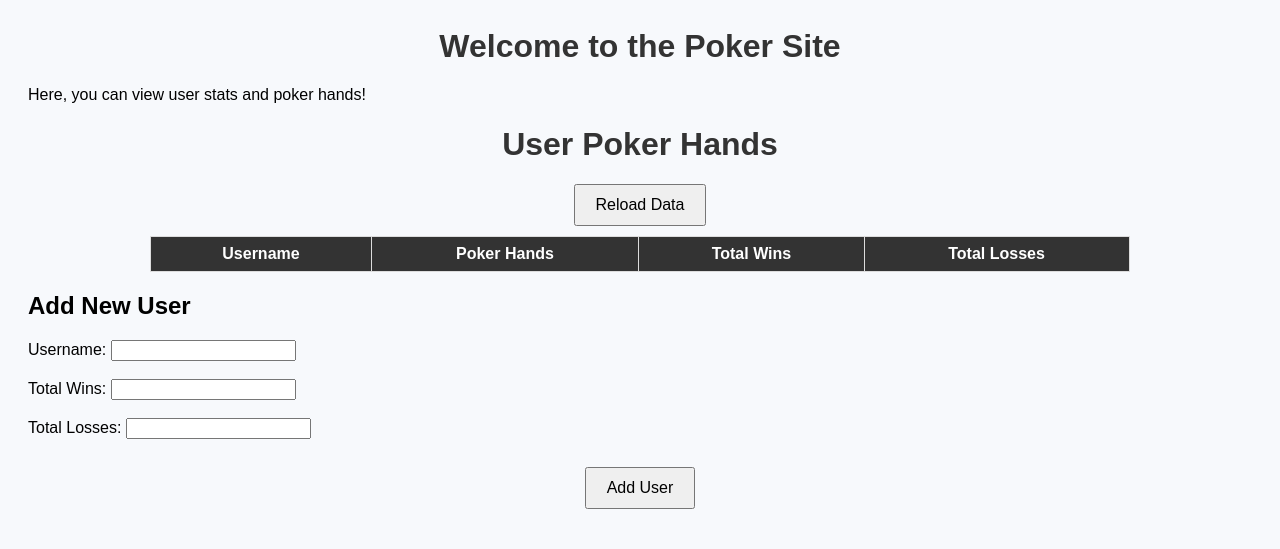
Repository: KidBillionaire/newapp
Page: public/index.html
These files come from the project's save history. The page is drawn as it stood at one moment and after a run of saves; the edit follows.
The browser window is 1280 px wide. The pictures show the whole page.

Above is the page before, as saved 2024-10-10 15:59:30.

After the next 2 saves:
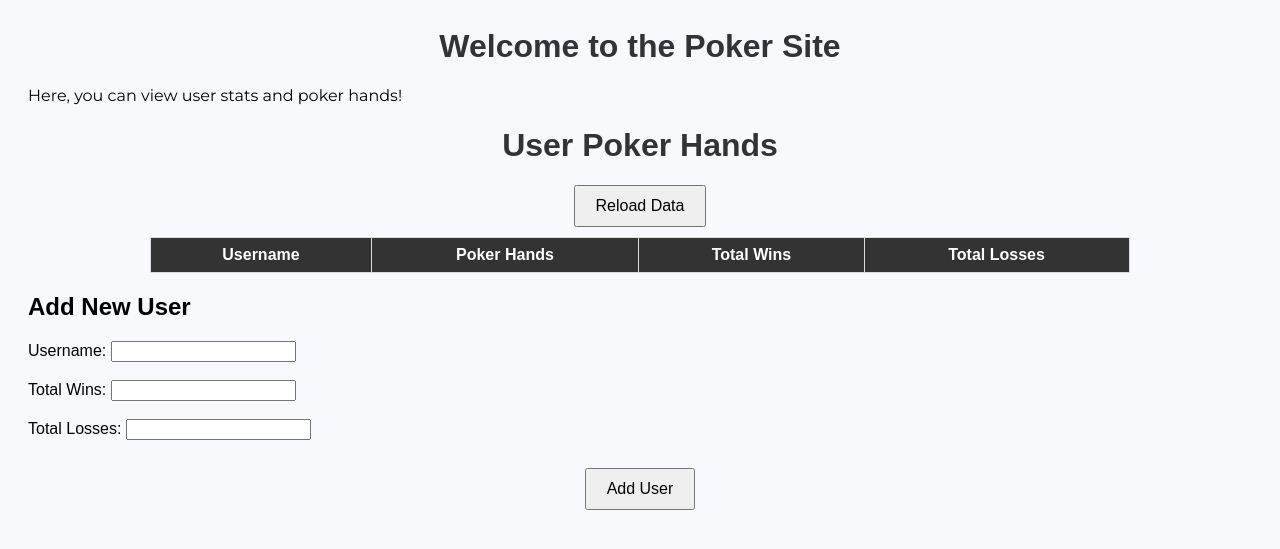
The 2 saves are shown as one change because they came seconds apart.
The last was saved 12 s later.
--- a/public/styles.css
+++ b/public/styles.css
@@ -35,10 +35,12 @@
   }
   // <uniquifier>: Use a unique and descriptive class name
 // <weight>: Use a value from 100 to 900
+.montserrat-title {
+    font-family: 'Montserrat', sans-serif;
+    font-weight: 700;
+  }
 
-.montserrat-<uniquifier> {
-  font-family: "Montserrat", sans-serif;
-  font-optical-sizing: auto;
-  font-weight: <weight>;
-  font-style: normal;
-}
+  .montserrat-body {
+    font-family: 'Montserrat', sans-serif;
+    font-weight: 400;
+  }

After the 2 saves that followed:
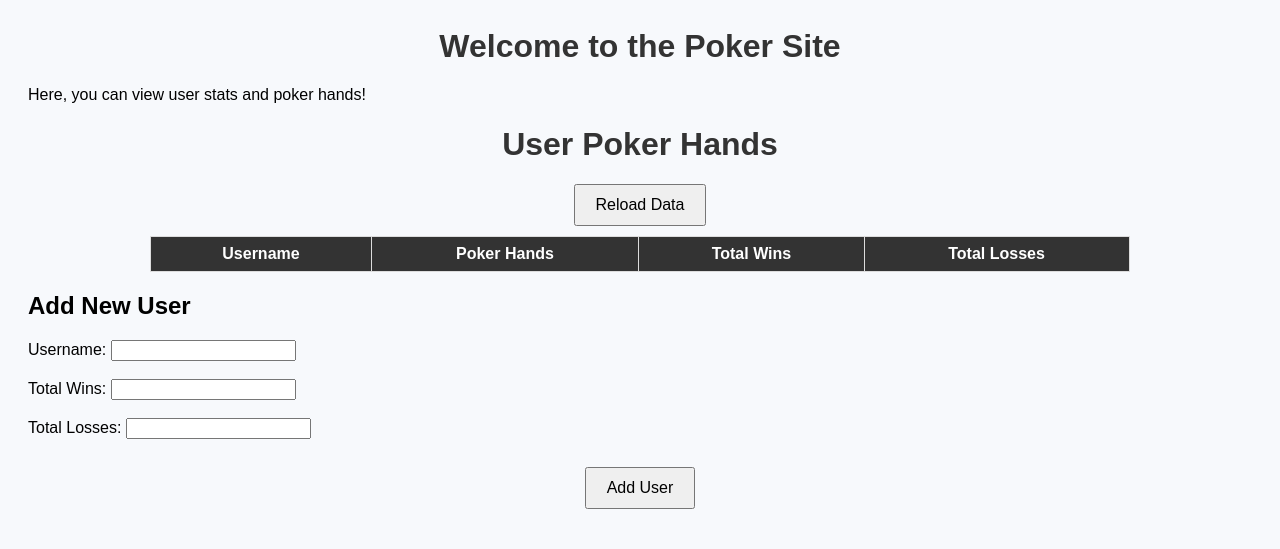
The 2 saves are shown as one change because 1 left the picture as it was.
The last was saved 27 s later.
--- a/public/styles.css
+++ b/public/styles.css
@@ -33,12 +33,12 @@
     font-size: 16px;
     cursor: pointer;
   }
-  // <uniquifier>: Use a unique and descriptive class name
+  // <Monte>: Use a unique and descriptive class name
 // <weight>: Use a value from 100 to 900
-.montserrat-title {
+.montserrat-title
     font-family: 'Montserrat', sans-serif;
     font-weight: 700;
-  }
+
 
   .montserrat-body {
     font-family: 'Montserrat', sans-serif;
